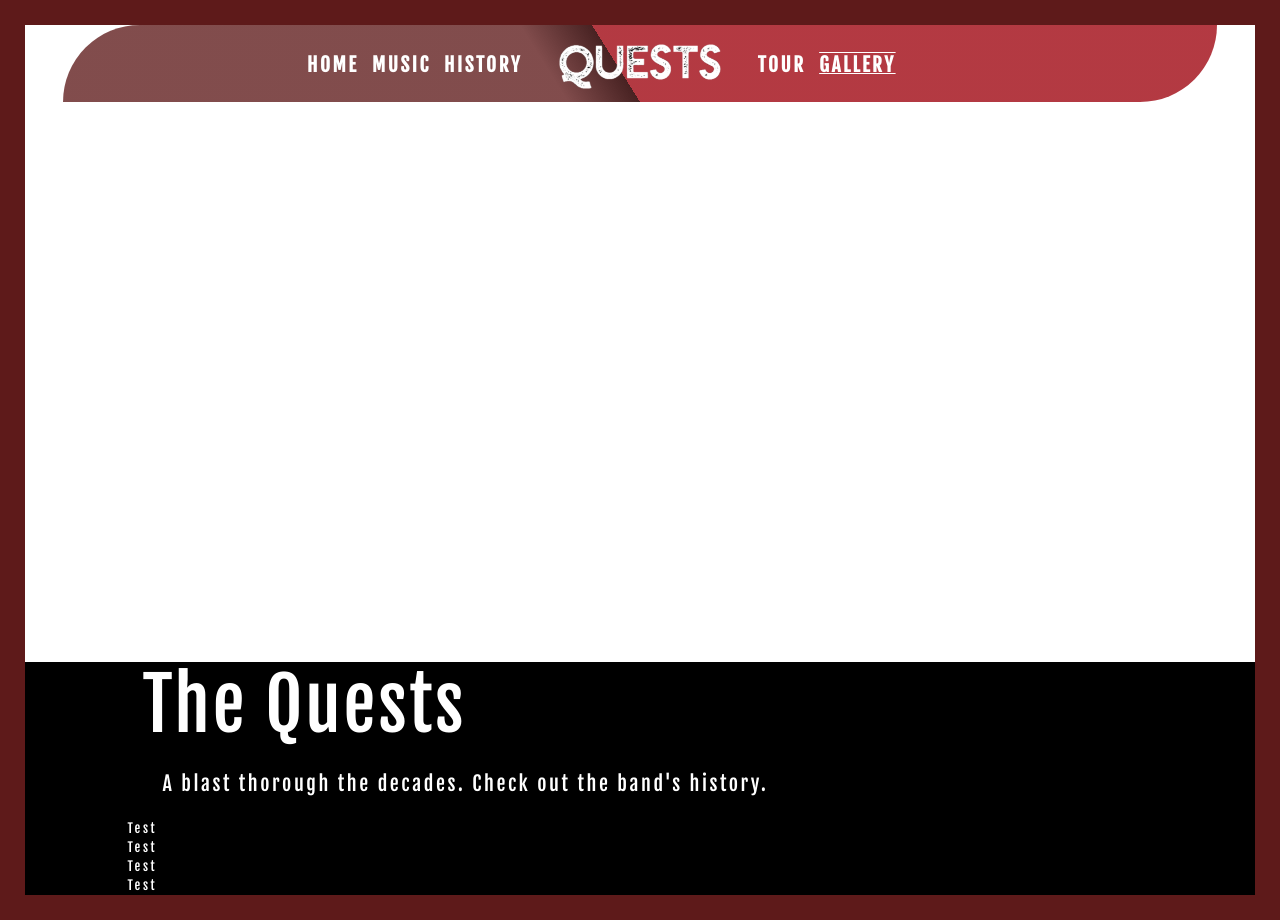
Repository: SamLookingGlass/User-Centric-Frontend-Development-Project
Page: gallery.html
The author's editor kept a record of every edit. The page is drawn from the files as they stood at one moment, then again after the next edit.
The browser window is 1280 px wide. The pictures show the whole page.
Some web libraries are served in a nearby version.

Above is the page before.

After the next edit:
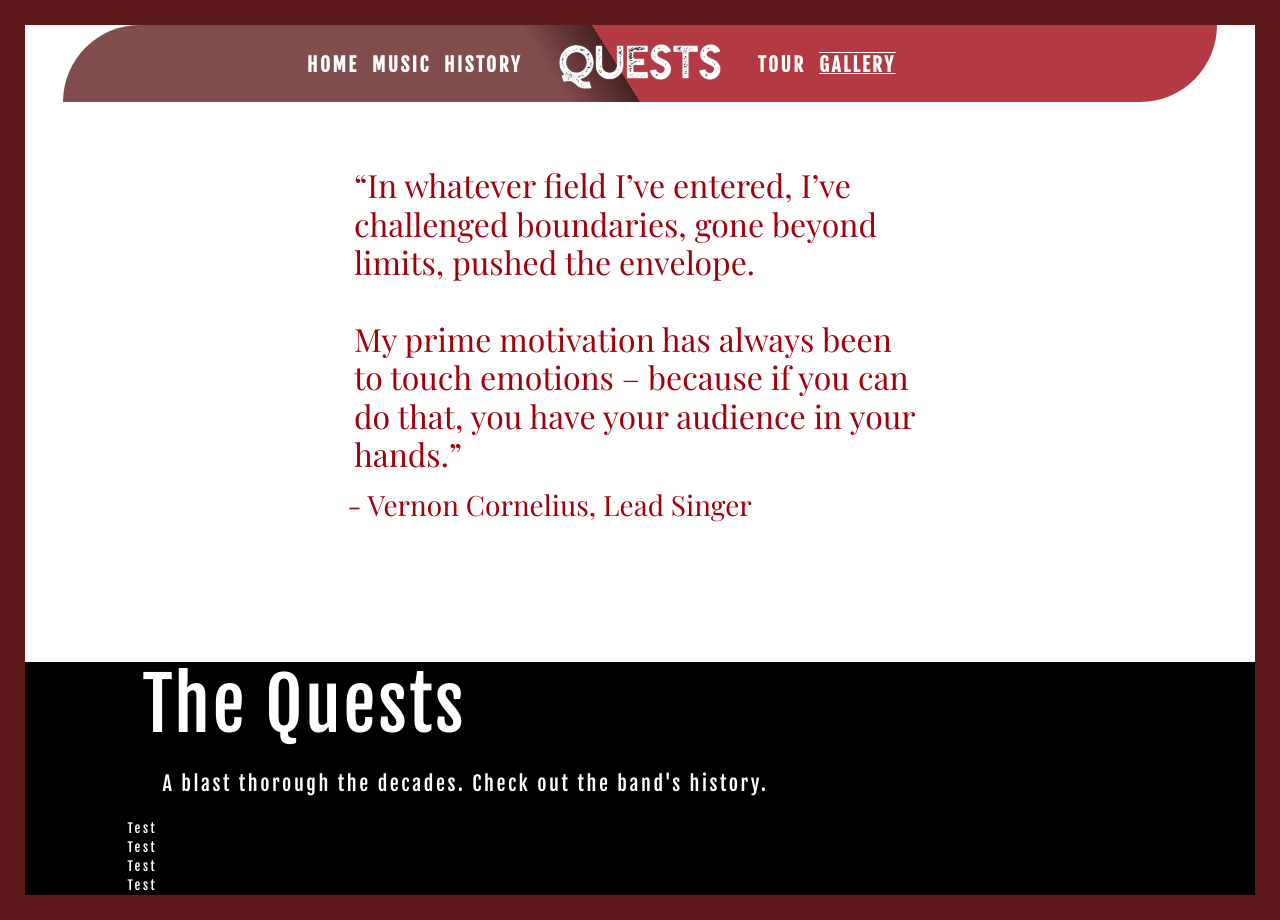
The edit:
--- a/gallery.html
+++ b/gallery.html
@@ -51,7 +51,7 @@
         <div style="height:420pt" class="container-fluid">
             <div class="row">
                 <div class="col-3"></div>
-                <div class="col-6 cardbod-galllery fonttypo">
+                <div class="col-6 cardbod-galllery fonttypo-gallery">
                     <h2 class="cardbod">
                     “In whatever field I’ve entered,
                     <!--<br>-->
